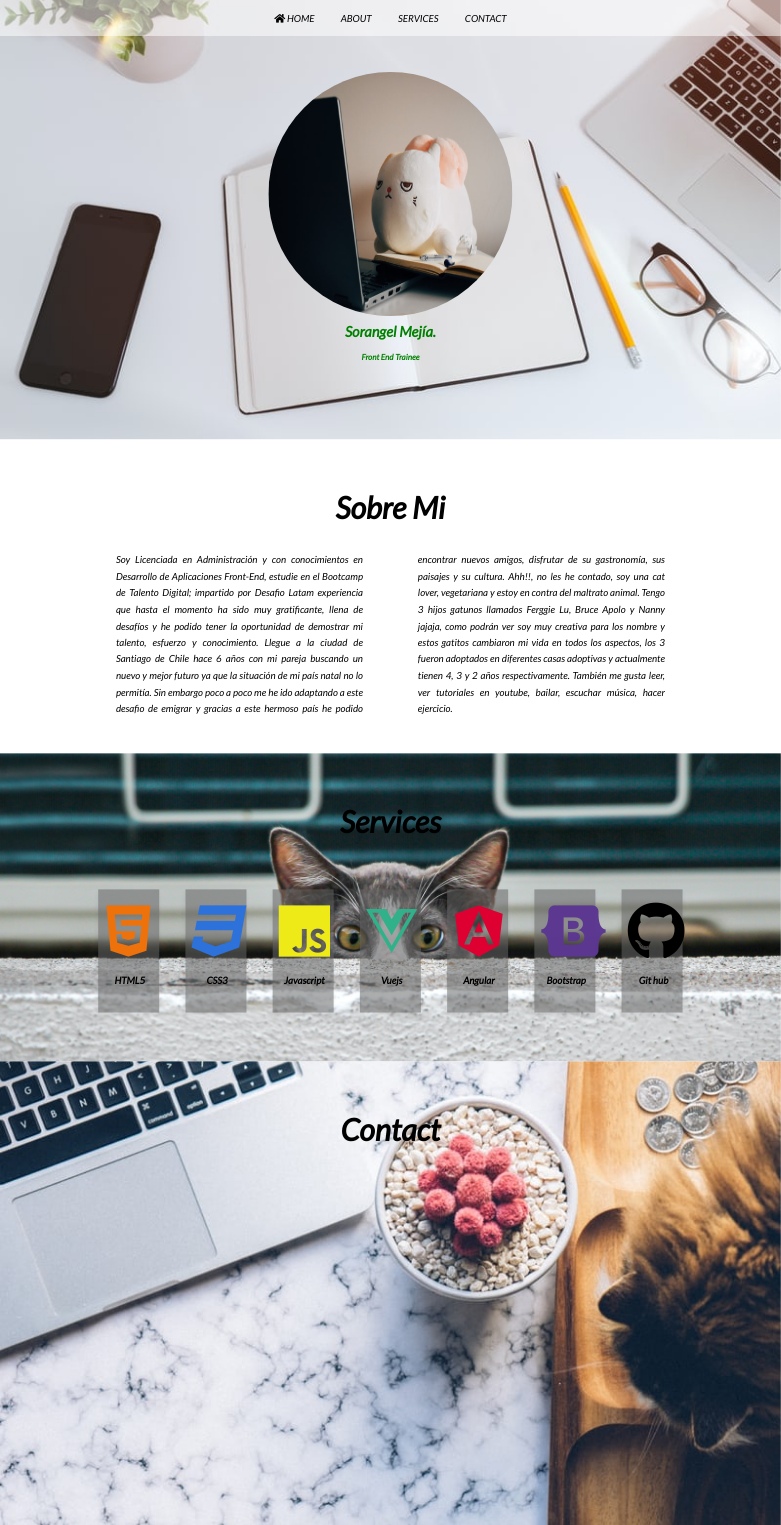
Repository: sory2311/portfolio-css
Page: index.html
An editor plug-in stored every save of this project. The page is shown before and after the next save, followed by the edit.
The browser window is 1280 px wide. The pictures show the whole page, at 61% of full size.
Backgrounds fixed to the window are drawn as part of the page. Some web libraries are served in a nearby version.

Above is the page before, as saved 2021-05-27 17:25:13.

After the next save:
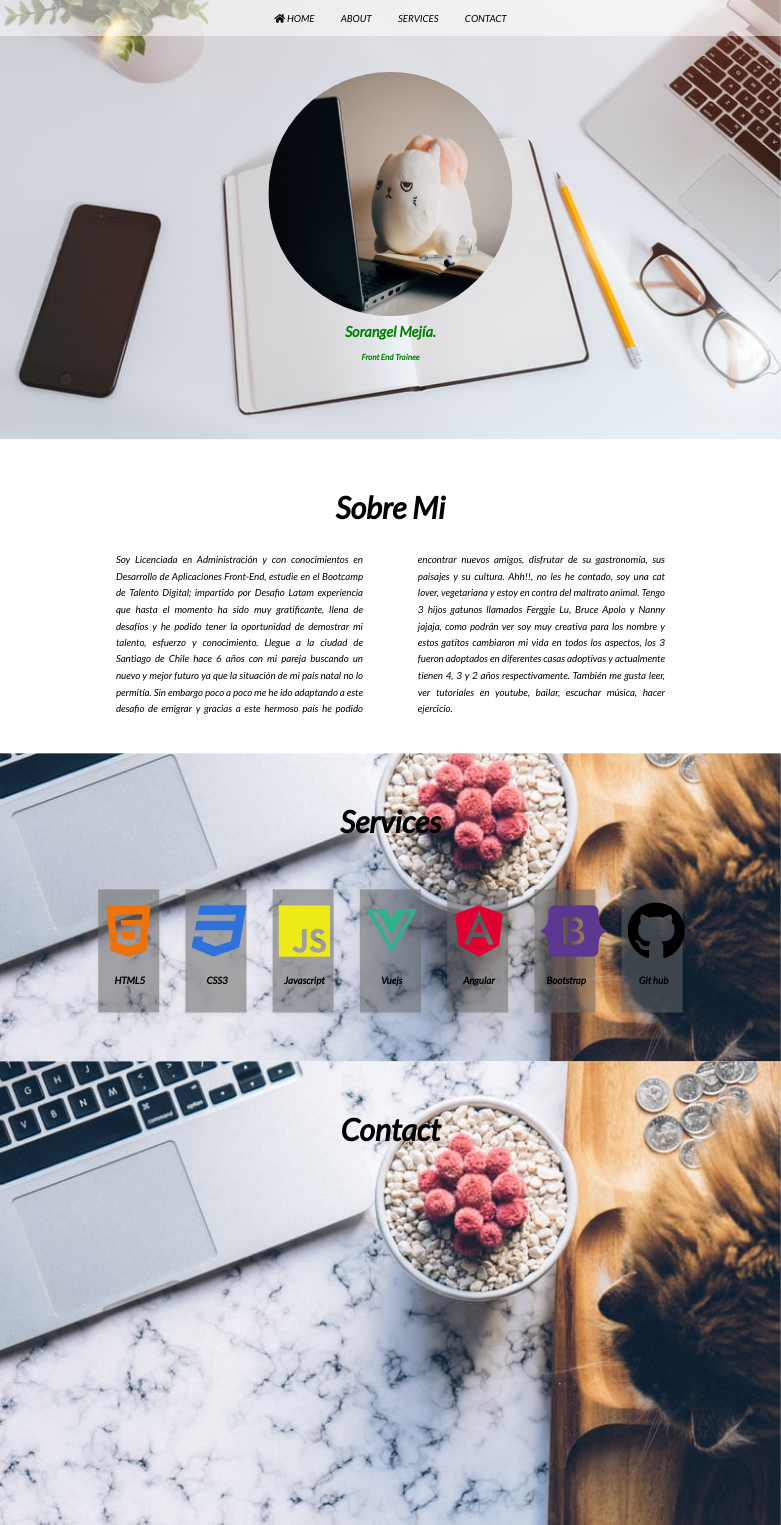
Saved 71 s later.
--- a/css/style.css
+++ b/css/style.css
@@ -129,7 +129,7 @@
      background-attachment: scroll;
      background-position: center center;
      background-size: cover;
-     background-image: url(../img/fondo/fondo1.jpeg);
+     background-image: url(../img/fondo/fondo7.jpeg);
  }
 
  #services .container{
